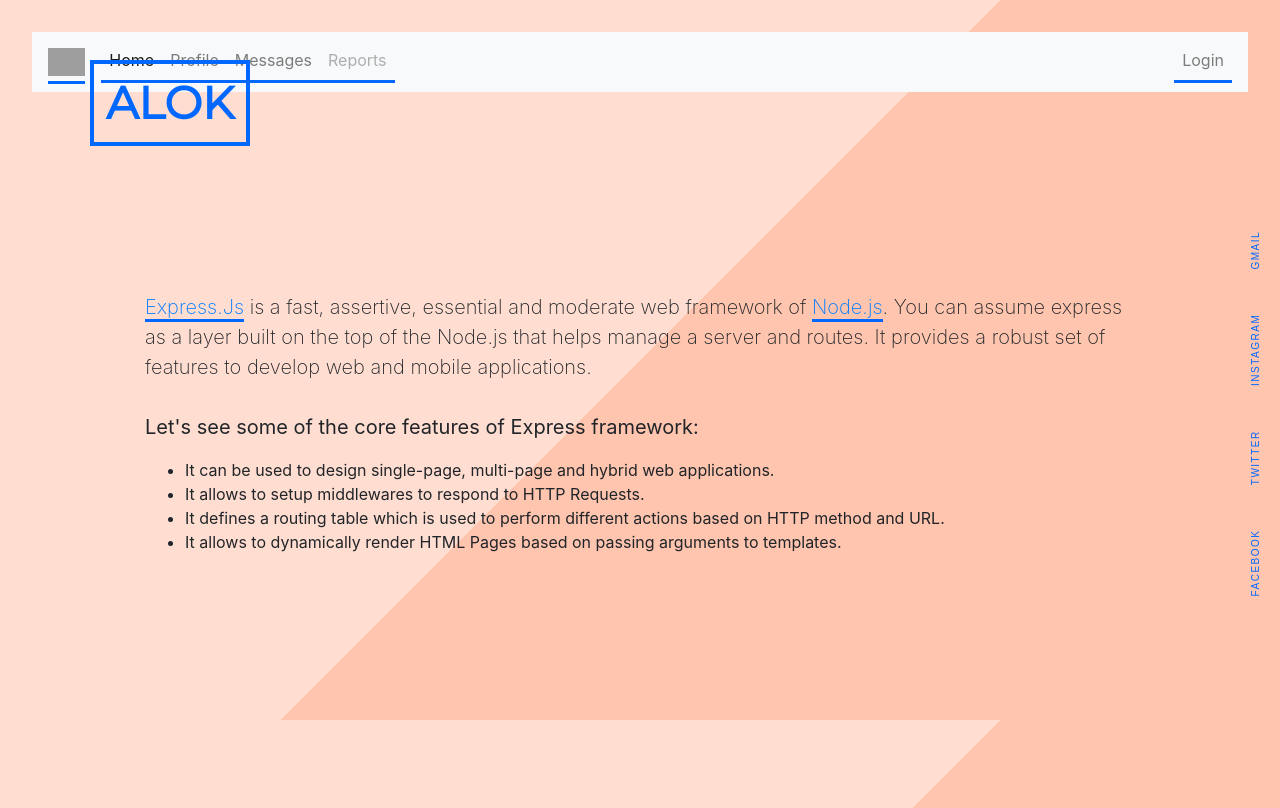
Repository: AalokJadhav/Being_Express.Js
Page: public/Hello_World_Page/index.html
These files come from the project's save history. The page is drawn as it stood at one moment and after the next save; the edit follows.
The browser window is 1280 px wide. The pictures show the whole page.
Pictures or frames that could not be fetched are drawn as grey boxes. Some web fonts or font styles are not loaded; a fallback is used.

Above is the page before, as saved 2020-11-10 03:05:37.

After the next save:
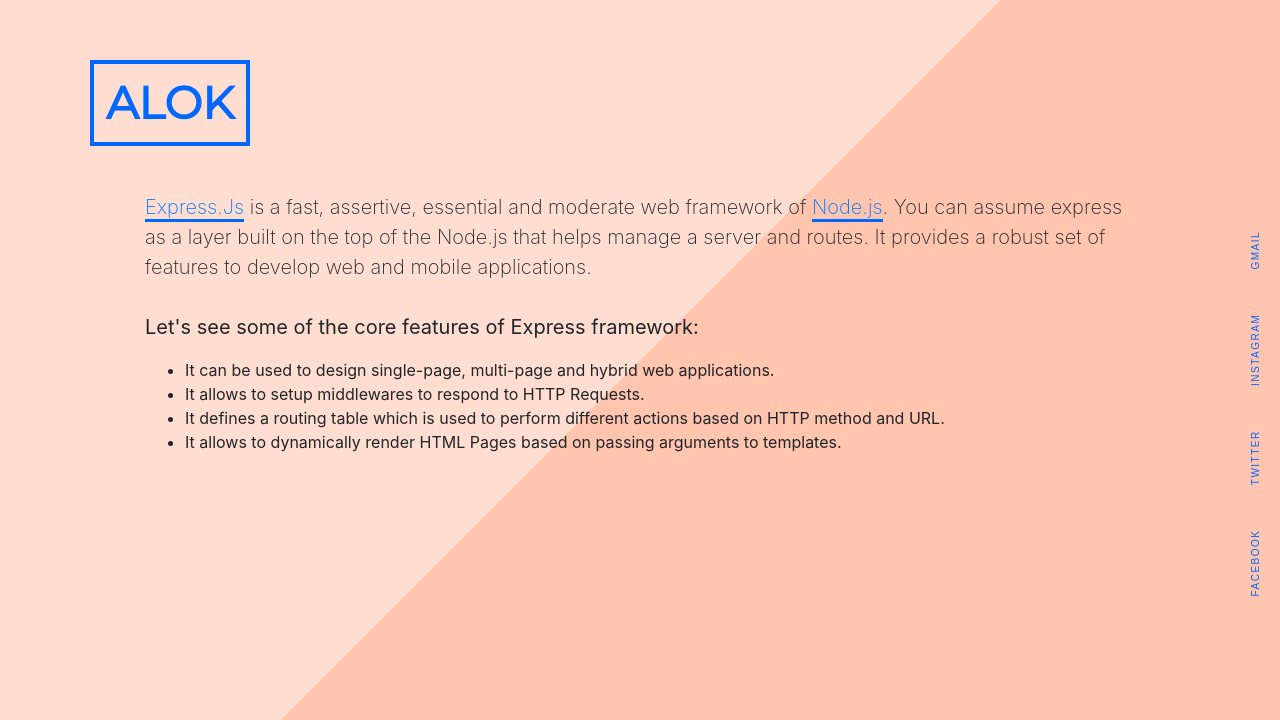
Saved 20 s later.
--- a/public/Hello_World_Page/index.html
+++ b/public/Hello_World_Page/index.html
@@ -1,6 +1,22 @@
 <!doctype html>
 <html>
-  <div class="bs-example">
+
+<head>
+  <meta charset="utf-8">
+  <link href="http://fonts.googleapis.com/css?family=Source+Sans+Pro:400,700|Montserrat" rel="stylesheet"
+    type="text/css">
+  <link rel="stylesheet" type="text/css" href="css/style2.css">
+  <link rel="icon" href="favicon.png" type="image/x-icon">
+  <title>Hello World</title>
+  <link rel="stylesheet" href="https://stackpath.bootstrapcdn.com/bootstrap/4.5.2/css/bootstrap.min.css">
+<link rel="stylesheet" href="https://maxcdn.bootstrapcdn.com/font-awesome/4.7.0/css/font-awesome.min.css">
+<script src="https://code.jquery.com/jquery-3.5.1.min.js"></script>
+<script src="https://cdn.jsdelivr.net/npm/popper.js@1.16.1/dist/umd/popper.min.js"></script>
+<script src="https://stackpath.bootstrapcdn.com/bootstrap/4.5.2/js/bootstrap.min.js"></script>
+</head>
+
+<body>
+  <!-- <div class="bs-example">
     <nav class="navbar navbar-expand-md navbar-light bg-light">
         <a href="#" class="navbar-brand">
             <img src="/examples/images/logo.svg" height="28" alt="CoolBrand">
@@ -21,23 +37,7 @@
             </div>
         </div>
     </nav>
-</div>
-<head>
-  <meta charset="utf-8">
-  <link href="http://fonts.googleapis.com/css?family=Source+Sans+Pro:400,700|Montserrat" rel="stylesheet"
-    type="text/css">
-  <link rel="stylesheet" type="text/css" href="css/style2.css">
-  <link rel="icon" href="favicon.png" type="image/x-icon">
-  <title>Hello World</title>
-  <link rel="stylesheet" href="https://stackpath.bootstrapcdn.com/bootstrap/4.5.2/css/bootstrap.min.css">
-<link rel="stylesheet" href="https://maxcdn.bootstrapcdn.com/font-awesome/4.7.0/css/font-awesome.min.css">
-<script src="https://code.jquery.com/jquery-3.5.1.min.js"></script>
-<script src="https://cdn.jsdelivr.net/npm/popper.js@1.16.1/dist/umd/popper.min.js"></script>
-<script src="https://stackpath.bootstrapcdn.com/bootstrap/4.5.2/js/bootstrap.min.js"></script>
-</head>
-
-<body>
-
+</div> -->
   <div class="wrapper">
     <div class="container">
       <header>
